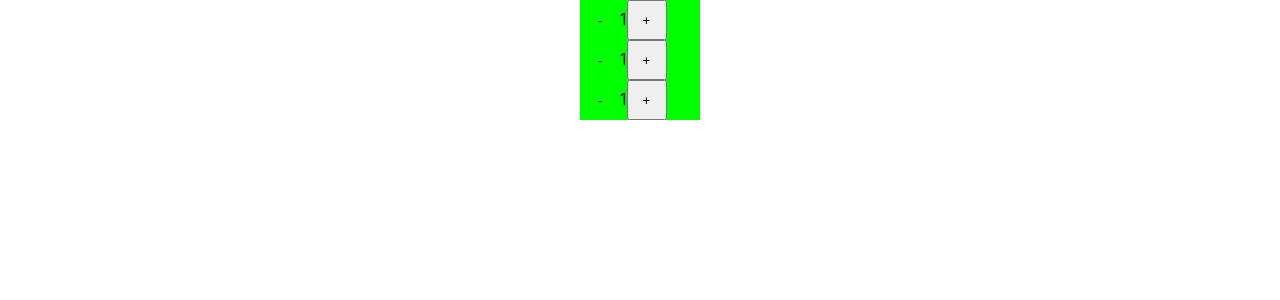
Repository: max535/test-task-netrika
Page: /
An editor plug-in stored every save of this project. The page is shown before and after the next save, followed by the edit.
The browser window is 1280 px wide. The pictures show the whole page.
The project was rebuilt for these pictures with package versions that can differ from the ones it lists, and the page was loaded fresh each time.

Above is the page before, as saved 2021-10-16 06:49:47.

### public/index.html
<!DOCTYPE html>
<html lang="en">
  <head>
    <meta charset="utf-8" />
    <meta name="viewport" content="width=device-width, initial-scale=1" />
    <title>Тестовые задания</title>
  </head>
  <body>
    <div id="root"></div>
  </body>
</html>

### src/App.js
import React from 'react';
import Counter from './Counter/Counter';
import './App.css';

function App() {
  return (
    <div className="App">
      <Counter className="White" />
      <Counter className="Red" />
      <Counter className="Green" />
    </div>
  );
}

export default App;

### src/Counter/Counter.js
import React, { useState } from 'react';
import "./Counter.css";

const Counter = () => {
    const [count, setCount] = useState(1);

    const handleIncrement = () => {
        setCount(count + 1);
    }

    const handleDecrement = () => {
        setCount(count - 1);
    }

    return (
        <div className="Counter">
            <button className="Decrement" onClick={handleDecrement}>-</button>
            <span className="Count">{count}</span>
            <button className="Increment" onClick={handleIncrement}>+</button>
        </div>
    );
}

export default Counter;

### src/App.css
.App {
  display: flex;
  flex-direction: column;
  align-items: center;
  width: 100%;
  height: 100%;
}

### src/Counter/Counter.css
.Counter {
   width: 120px;
   height: 40px;
   background-color: lime;

}

.Decrement {
    width: 40px;
    height: 40px;
    border: none;
    background-color: inherit;
}

.Increment {
    width: 40px;
    height: 40px;
}

.Count {
    width: 40px;
    height: 40px;
}

Loaded but not shown: src/index.js (common file); src/index.css (common file)

After the next save:
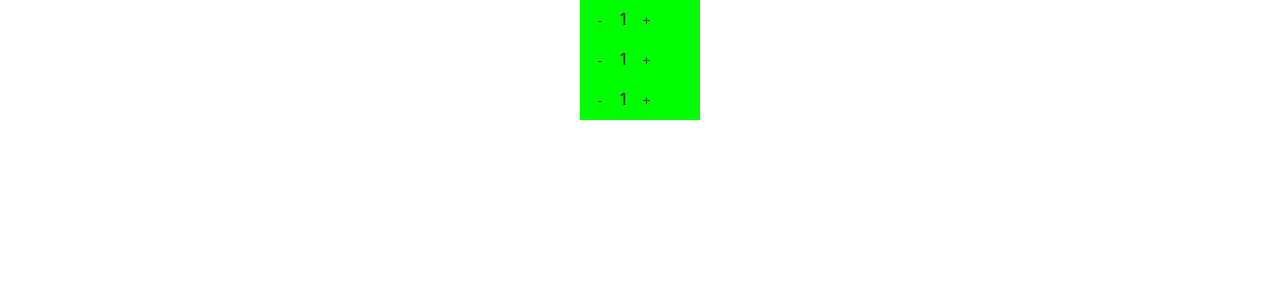
Saved 15 s later.
--- a/src/Counter/Counter.css
+++ b/src/Counter/Counter.css
@@ -5,7 +5,7 @@
 
 }
 
-.Decrement {
+.Decrement, .Increment {
     width: 40px;
     height: 40px;
     border: none;
